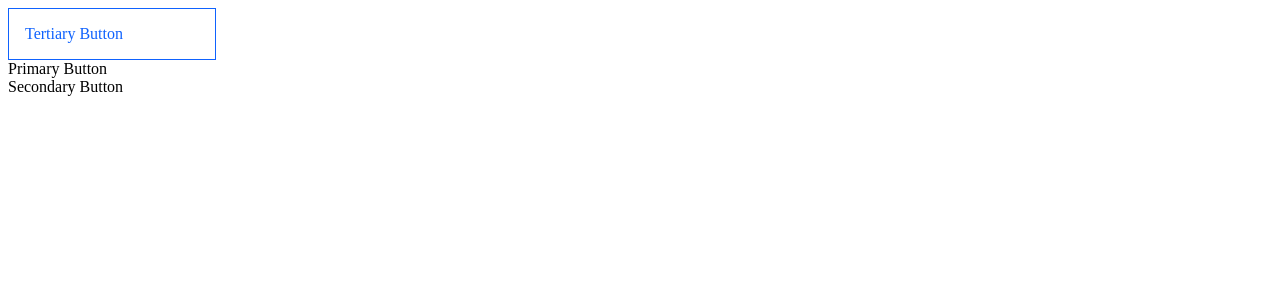
Repository: prav10194/ibm-carbon-components-vanilla
Page: buttons/index.html
These files come from the project's save history. The page is drawn as it stood at one moment and after the next save; the edit follows.
The browser window is 1280 px wide. The pictures show the whole page.
Some web fonts or font styles are not loaded; a fallback is used.

Above is the page before, as saved 2020-11-12 19:24:56.

### buttons/index.html
<!DOCTYPE html>
<html lang="en">
<head>
    <meta charset="UTF-8">
    <meta name="viewport" content="width=device-width, initial-scale=1.0">
    <link rel="shortcut icon" href="./assets/ibm--cloud.svg" />
    <link rel="stylesheet" href="./node_modules/@ibm/plex/css/ibm-plex-sans-kr.css">
    <link rel="stylesheet" href="./node_modules/@ibm/plex/css/ibm-plex.css">
    <link rel="stylesheet" href="./index.css">
    <title>Button examples</title>
</head>
<body>
    <div class="buttondiv" style="display: flex; flex-direction: column;">
        <div class="tertiary-button">Tertiary Button</div>
        <div class="primary-button">Primary Button</div>
        <div class="secondary-button">Secondary Button</div>
    </div>
</body>
</html>

### buttons/index.css
.tertiary-button {
    font-size: 1rem;
    border: 1px solid #0f62fe;
    color: #0f62fe;
    padding: 1rem 4rem 1rem 1rem;
    width: 10%;
    font-family: IBM Plex Sans;
}

.tertiary-button:hover {
    background-color: #0f62fe;
    color: white;
    cursor: pointer;
}

Loaded but not shown: fonts/node_modules/@ibm/plex/css/ibm-plex-sans-kr.css (library); fonts/node_modules/@ibm/plex/css/ibm-plex.css (library)

After the next save:
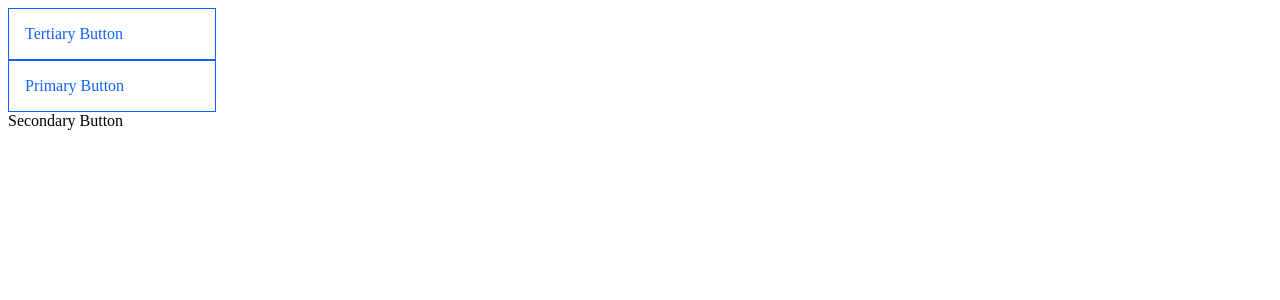
Saved 23 s later.
--- a/buttons/index.css
+++ b/buttons/index.css
@@ -12,3 +12,18 @@
     color: white;
     cursor: pointer;
 }
+
+.primary-button {
+    font-size: 1rem;
+    border: 1px solid #0f62fe;
+    color: #0f62fe;
+    padding: 1rem 4rem 1rem 1rem;
+    width: 10%;
+    font-family: IBM Plex Sans;
+}
+
+.primary-button:hover {
+    background-color: #0f62fe;
+    color: white;
+    cursor: pointer;
+}
